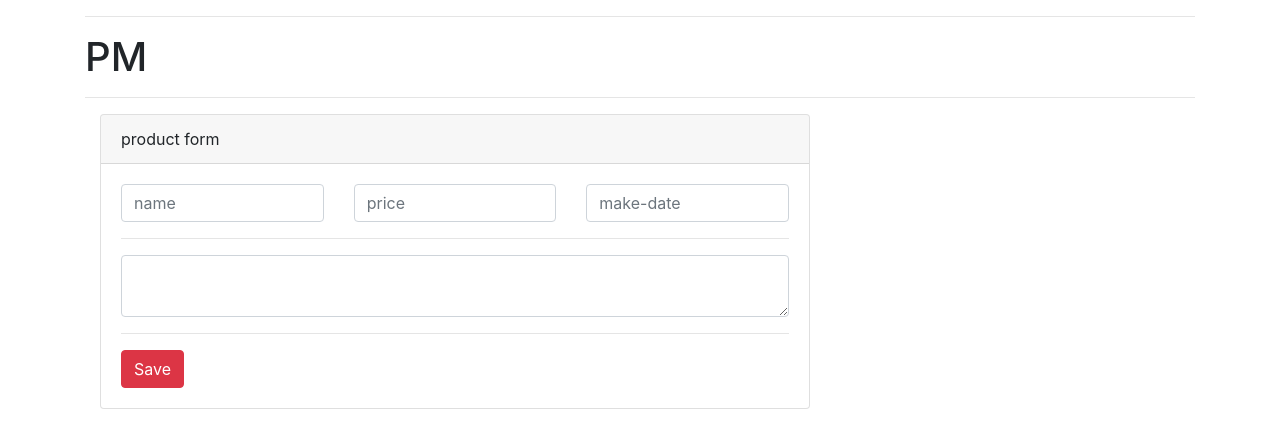
Repository: Akashk29/Wissen-Training-Projects
Page: webjavathings/PM-v1/WebContent/pm.html
An editor plug-in stored every save of this project. The page is shown before and after the next save, followed by the edit.
The browser window is 1280 px wide. The pictures show the whole page.

Above is the page before, as saved 2018-06-25 09:17:45.

### webjavathings/PM-v1/WebContent/pm.html
<!DOCTYPE html>
<html>
<head>
<meta charset="ISO-8859-1">
<title>PM</title>
<link href="css/bootstrap.css" rel="stylesheet" />
</head>
<body class="container">

	<hr />
	<h1>PM</h1>
	<hr />
    <div class="col-sm-8 col-md-8">
	<div class="card">
		<div class="card-header">product form</div>
		<div class="card-body">
			<form>
					<div class="row">
						<div class="col">
							<input type="text" class="form-control" placeholder="name">
						</div>
						<div class="col">
							<input type="number" class="form-control" placeholder="price">
						</div>
						<div class="col">
							<input type="text" class="form-control" placeholder="make-date">
						</div>
					</div>
					<hr />
					<div class="row">
						<div class="col">
							<textarea rows="" cols="" class="form-control"
								placeholder="description">
        </textarea>
						</div>
					</div>
                     <hr>
					<button class="btn btn-danger">Save</button>
			</form>
		</div>
	</div>
	</div>
</body>
</html>

Loaded but not shown: webjavathings/PM-v1/WebContent/css/bootstrap.css (library)

After the next save:
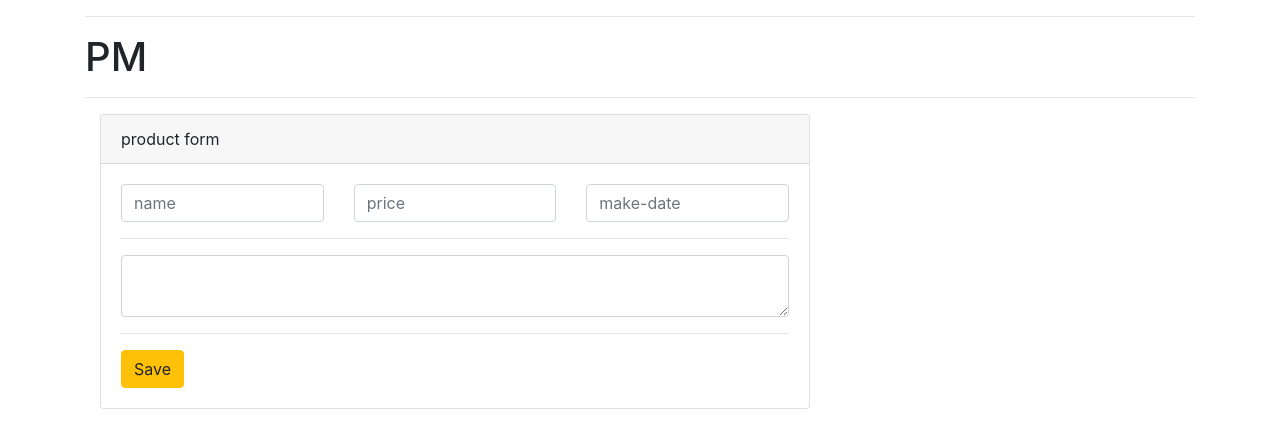
Saved 37 s later.
--- a/webjavathings/PM-v1/WebContent/pm.html
+++ b/webjavathings/PM-v1/WebContent/pm.html
@@ -35,7 +35,7 @@
 						</div>
 					</div>
                      <hr>
-					<button class="btn btn-danger">Save</button>
+					<button class="btn btn-warning">Save</button>
 			</form>
 		</div>
 	</div>
